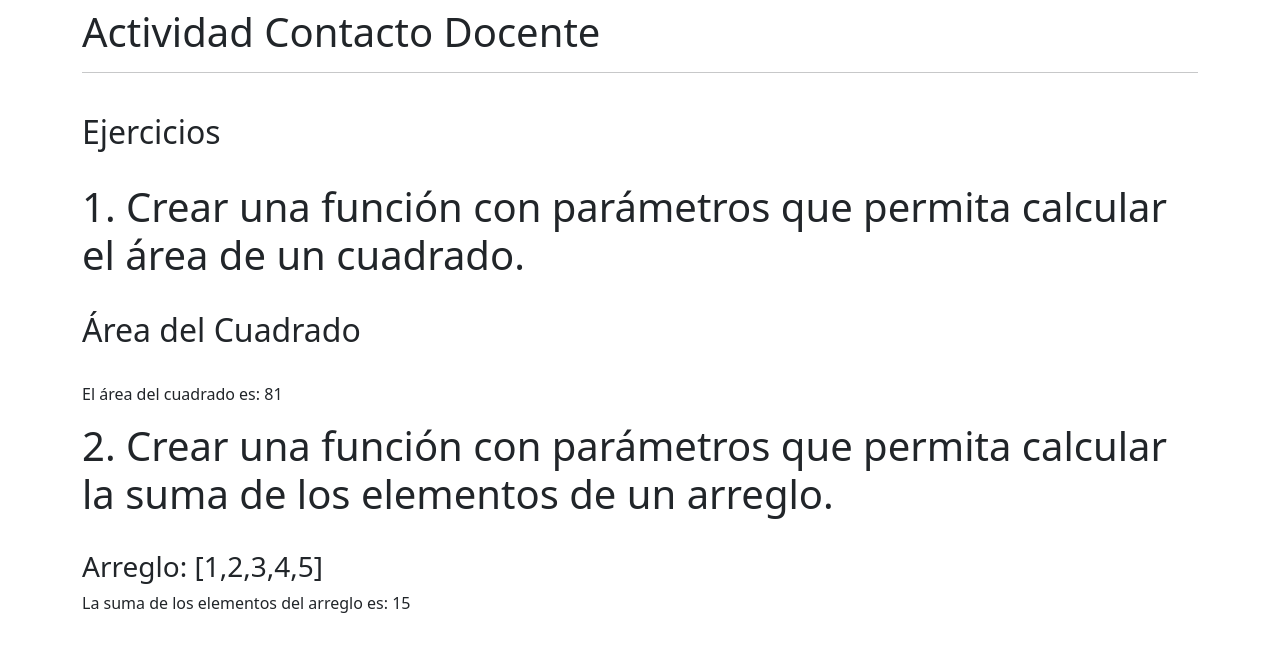
Repository: Jchimbo99/Actvidad1
Page: / (app in typescript-actividad/)
These files come from the project's save history. The page is drawn as it stood at one moment and after a run of saves; the edit follows.
The browser window is 1280 px wide. The pictures show the whole page.
The project was rebuilt for these pictures with package versions that can differ from the ones it lists, and the page was loaded fresh each time. Also part of the build but not shown: typescript-actividad/vite.config.ts.

Above is the page before, as saved 2025-01-22 20:42:15.

### typescript-actividad/index.html
<!doctype html>
<html lang="en">
  <head>
    <meta charset="UTF-8" />
    <link rel="icon" type="image/svg+xml" href="/vite.svg" />
    <meta name="viewport" content="width=device-width, initial-scale=1.0" />
    <link href="https://cdn.jsdelivr.net/npm/bootstrap@5.3.3/dist/css/bootstrap.min.css" rel="stylesheet" integrity="sha384-QWTKZyjpPEjISv5WaRU9OFeRpok6YctnYmDr5pNlyT2bRjXh0JMhjY6hW+ALEwIH" crossorigin="anonymous">

    <title>Activididad Jch</title>
  </head>
  <body class="container">
    <div id="root"></div>
    <script type="module" src="/src/main.tsx"></script>
  </body>
</html>

### typescript-actividad/src/App.tsx
import { AreaCuadrado } from "./typescript/AreaCuadrado";
import { Arreglo } from "./typescript/Arreglo";

export const App = () => {
  return (

    <div className="mt-2">
      <h1>Actividad Contacto Docente</h1>
      <hr />
      <br />
      <h2>Ejercicios</h2>
      <br />

      <AreaCuadrado/>

      <Arreglo/>
      </div>
  )
}


export default App;

### typescript-actividad/src/typescript/AreaCuadrado.tsx
export const AreaCuadrado = () => {
    const lado = 9;
    const area = lado * lado;

    return (
        <div>

            <h1>1.	Crear una función con parámetros que permita calcular el área de un cuadrado.</h1>
            <br />
            <h2>Área del Cuadrado</h2>
            <br />
            <p>El área del cuadrado es: {area}</p>
        </div>
    );
}

### typescript-actividad/src/typescript/Arreglo.tsx


export const Arreglo = () => {

    const arreglo = [1, 2, 3, 4, 5];


    const sumarElementosArreglo = (arreglo: number[]): number => {
        return arreglo.reduce((acumulado, valorActual) => acumulado + valorActual, 0);
    }


    const suma = sumarElementosArreglo(arreglo);

    return (
        <div>
            <h1>2. Crear una función con parámetros que permita calcular la suma de los elementos de un arreglo.</h1>
            <br />
            <h3>Arreglo: {JSON.stringify(arreglo)}</h3>
            <p>La suma de los elementos del arreglo es: {suma}</p>
        </div>
    );
}

Loaded but not shown: typescript-actividad/src/main.tsx (common file)

After the next 6 saves:
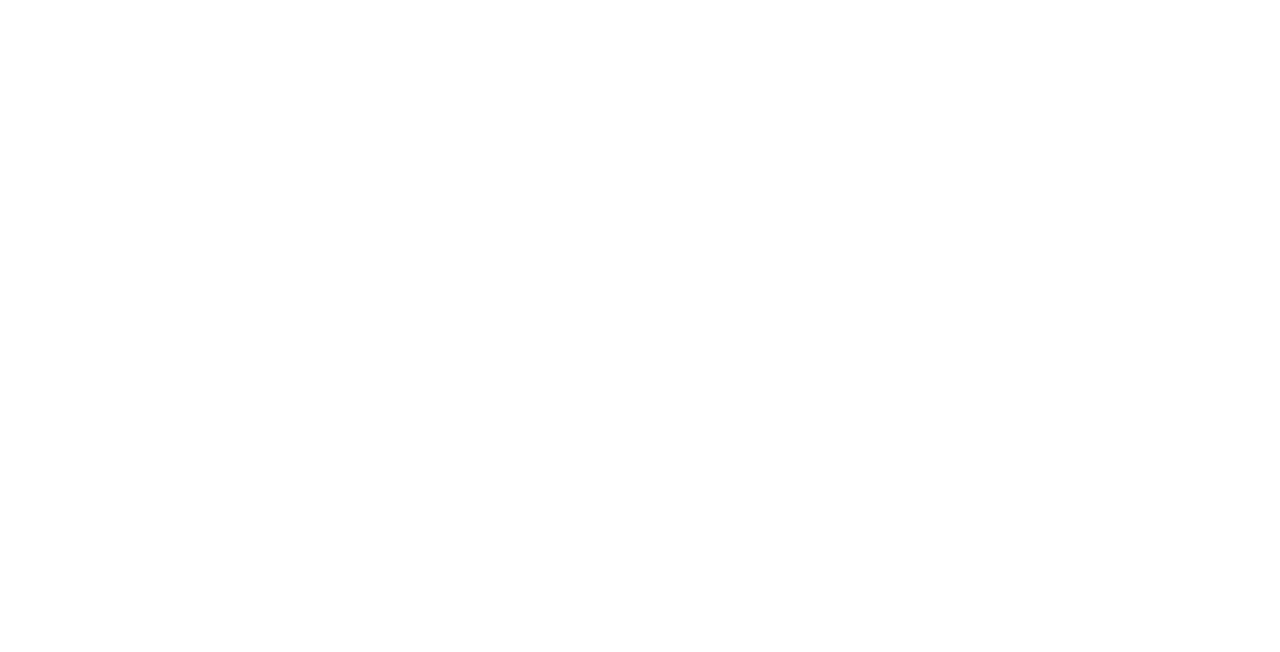
Console error: ReferenceError: Arreglo is not defined
The 6 saves are shown as one change because 2 did not build or start and some came seconds apart.
The last was saved 97 s later.
--- a/typescript-actividad/src/App.tsx
+++ b/typescript-actividad/src/App.tsx
@@ -1,5 +1,5 @@
 import { AreaCuadrado } from "./typescript/AreaCuadrado";
-import { Arreglo } from "./typescript/Arreglo";
+import { SumaArregloArreglo } from "./typescript/Arreglo";
 
 export const App = () => {
   return (
--- a/typescript-actividad/src/typescript/Arreglo.tsx
+++ b/typescript-actividad/src/typescript/Arreglo.tsx
@@ -1,23 +1,19 @@
+export const SumaArreglo = () => {
 
+    const numeros = [10, 20, 30, 40, 50];
 
-export const Arreglo = () => {
-
-    const arreglo = [1, 2, 3, 4, 5];
-
-
-    const sumarElementosArreglo = (arreglo: number[]): number => {
-        return arreglo.reduce((acumulado, valorActual) => acumulado + valorActual, 0);
+    const calcularSuma = (numeros: number[]): number => {
+        return numeros.reduce((total, numero) => total + numero, 0);
     }
 
-
-    const suma = sumarElementosArreglo(arreglo);
+    const totalSuma = calcularSuma(numeros);
 
     return (
         <div>
             <h1>2. Crear una función con parámetros que permita calcular la suma de los elementos de un arreglo.</h1>
             <br />
-            <h3>Arreglo: {JSON.stringify(arreglo)}</h3>
-            <p>La suma de los elementos del arreglo es: {suma}</p>
+            <h3>Numeros en el arreglo: {JSON.stringify(numeros)}</h3>
+            <p>La suma de los elementos del arreglo es: {totalSuma}</p>
         </div>
     );
 }

After the 4 saves that followed:
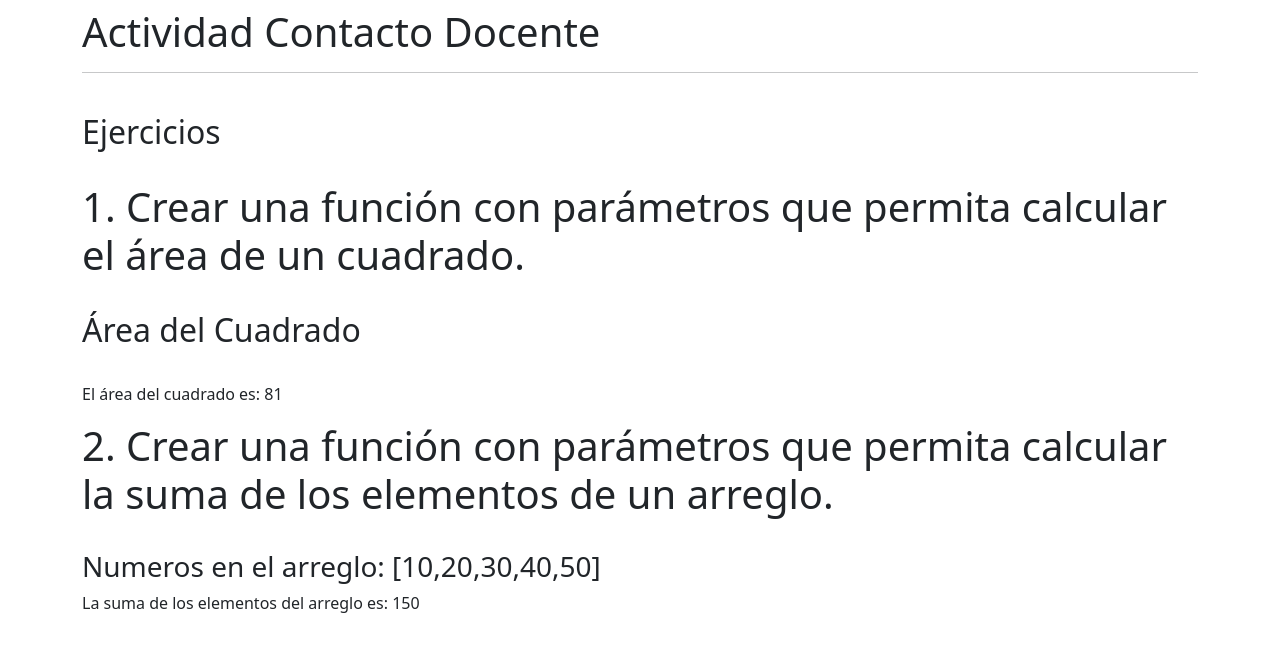
The error is gone.
The 4 saves are shown as one change because 1 left the picture as it was and some came seconds apart.
The last was saved 15 s later.
--- a/typescript-actividad/src/App.tsx
+++ b/typescript-actividad/src/App.tsx
@@ -1,5 +1,5 @@
 import { AreaCuadrado } from "./typescript/AreaCuadrado";
-import { SumaArregloArreglo } from "./typescript/Arreglo";
+import { SumaArreglo } from "./typescript/Arreglo";
 
 export const App = () => {
   return (
@@ -13,7 +13,7 @@
 
       <AreaCuadrado/>
 
-      <Arreglo/>
+      <SumaArreglo/>
       </div>
   )
 }
